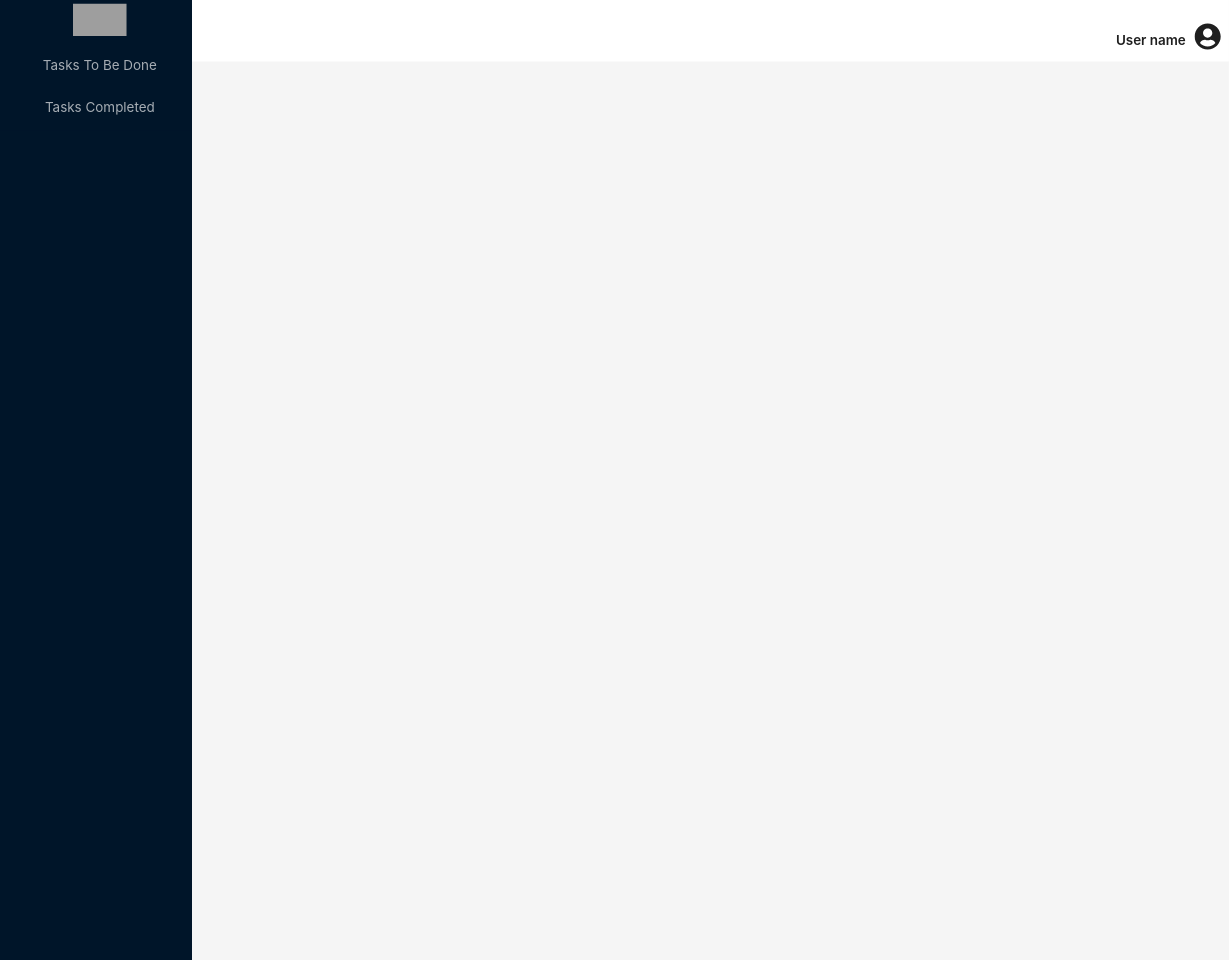
Repository: runner855/todolist_new
Page: /
These files come from the project's save history. The page is drawn as it stood at one moment and after a run of saves; the edit follows.
The browser window is 1280 px wide. The pictures show the whole page, at 96% of full size.
Pictures or frames that could not be fetched are drawn as grey boxes. The project was rebuilt for these pictures with package versions that can differ from the ones it lists, and the page was loaded fresh each time.

Above is the page before, as saved 2023-03-19 18:48:10.

After the next 3 saves:
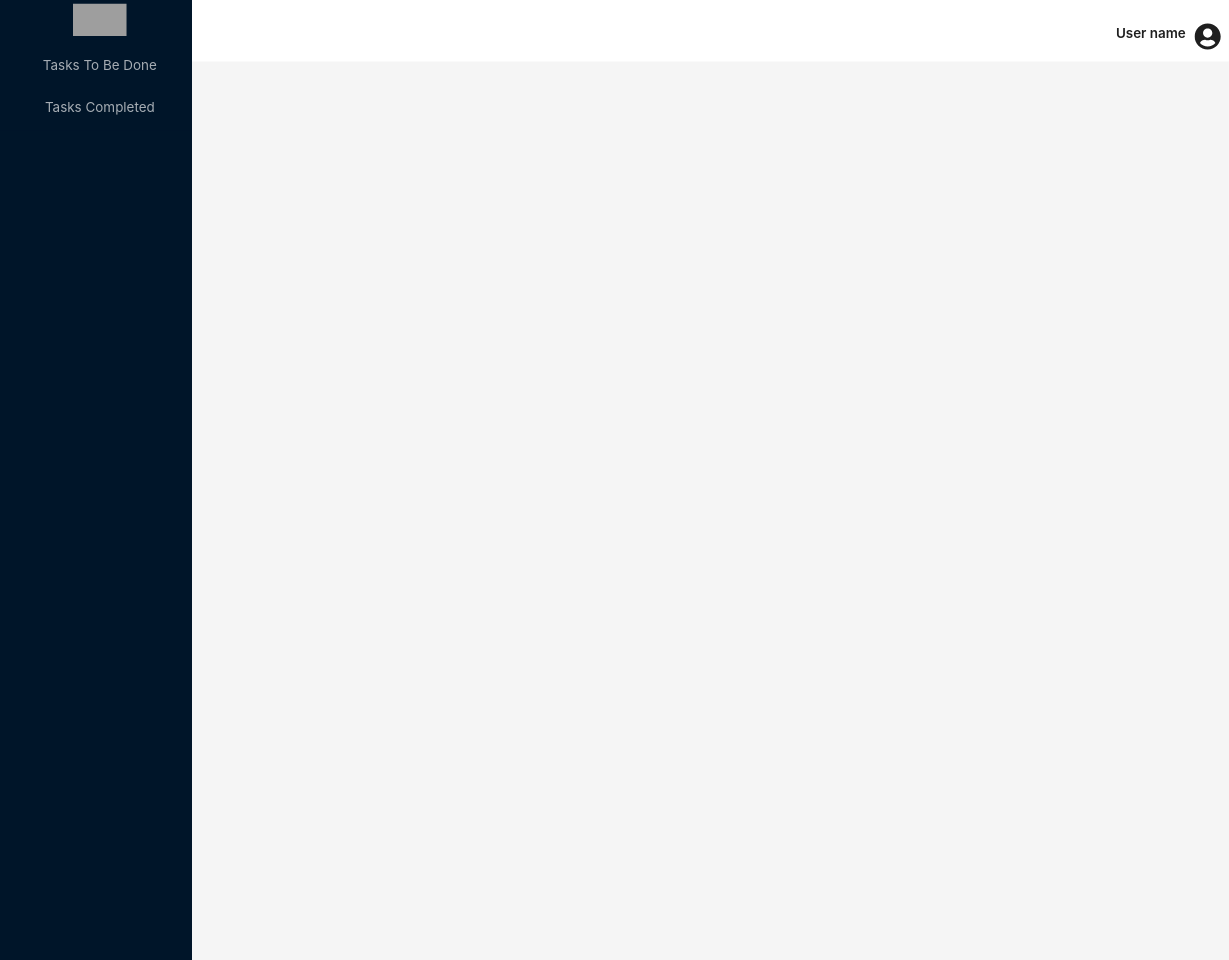
The 3 saves are shown as one change because they came seconds apart.
The last was saved 13 s later.
--- a/src/components/NavBar/NavBar.css
+++ b/src/components/NavBar/NavBar.css
@@ -22,7 +22,7 @@
 }
 
 .user_text {
-  line-height: 4;
+  line-height: 3;
   font-weight: 600;
 }
 
